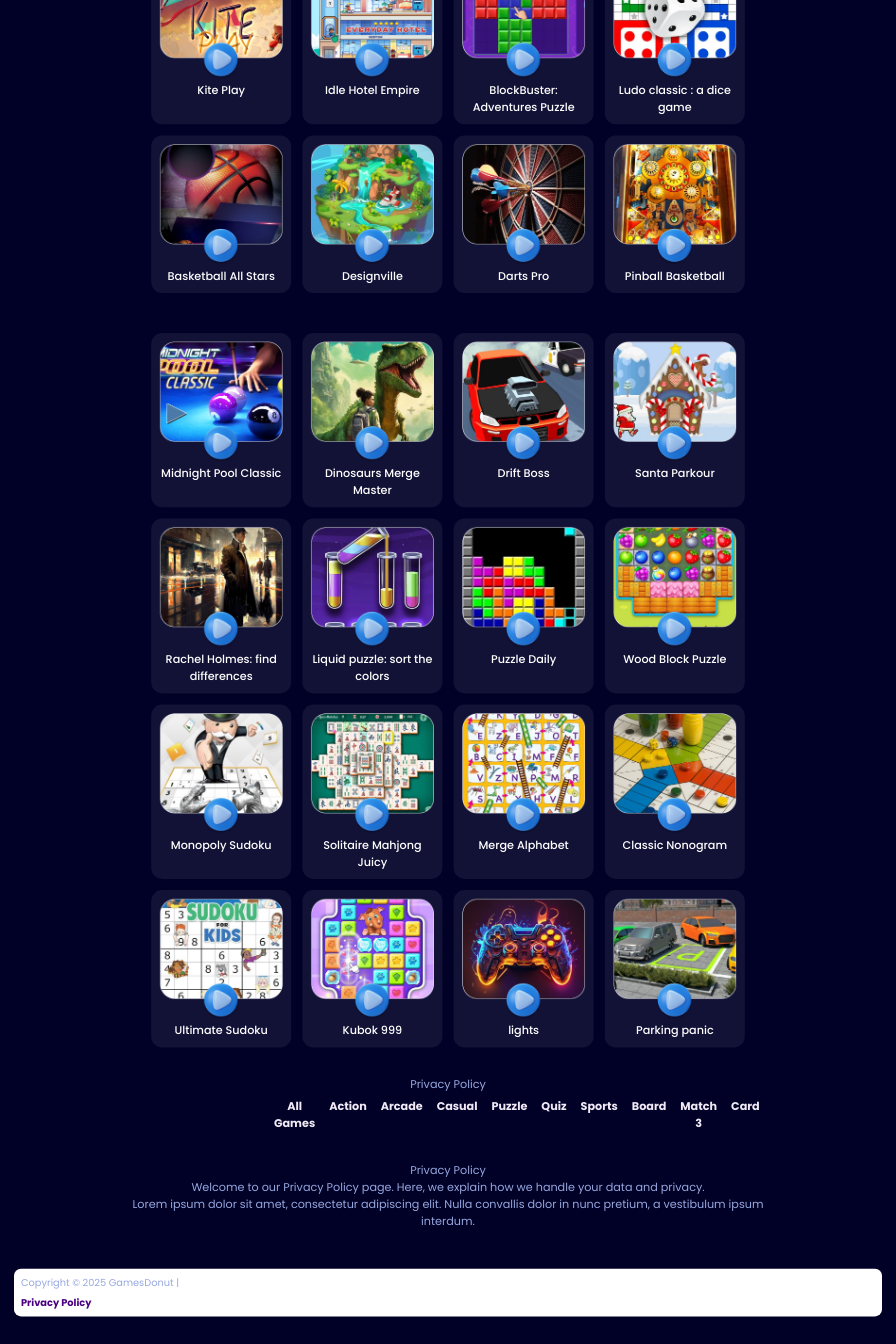
Repository: meenadabhii/jpygames.com
Page: http://localhost/
These files come from the project's save history. The page is drawn as it stood at one moment and after the next save; the edit follows.
The browser window is 1280 px wide. The pictures show the part of the page from y = 2392 to 4312 px (the page is 4312 px tall before and 4264 px after), at 70% of full size.
Some web libraries are served in a nearby version. The page is served by the project's Node server (app.js).

Above is the page before, as saved 2025-02-08 10:32:35.
Console error: ReferenceError: googletag is not defined

After the next save:
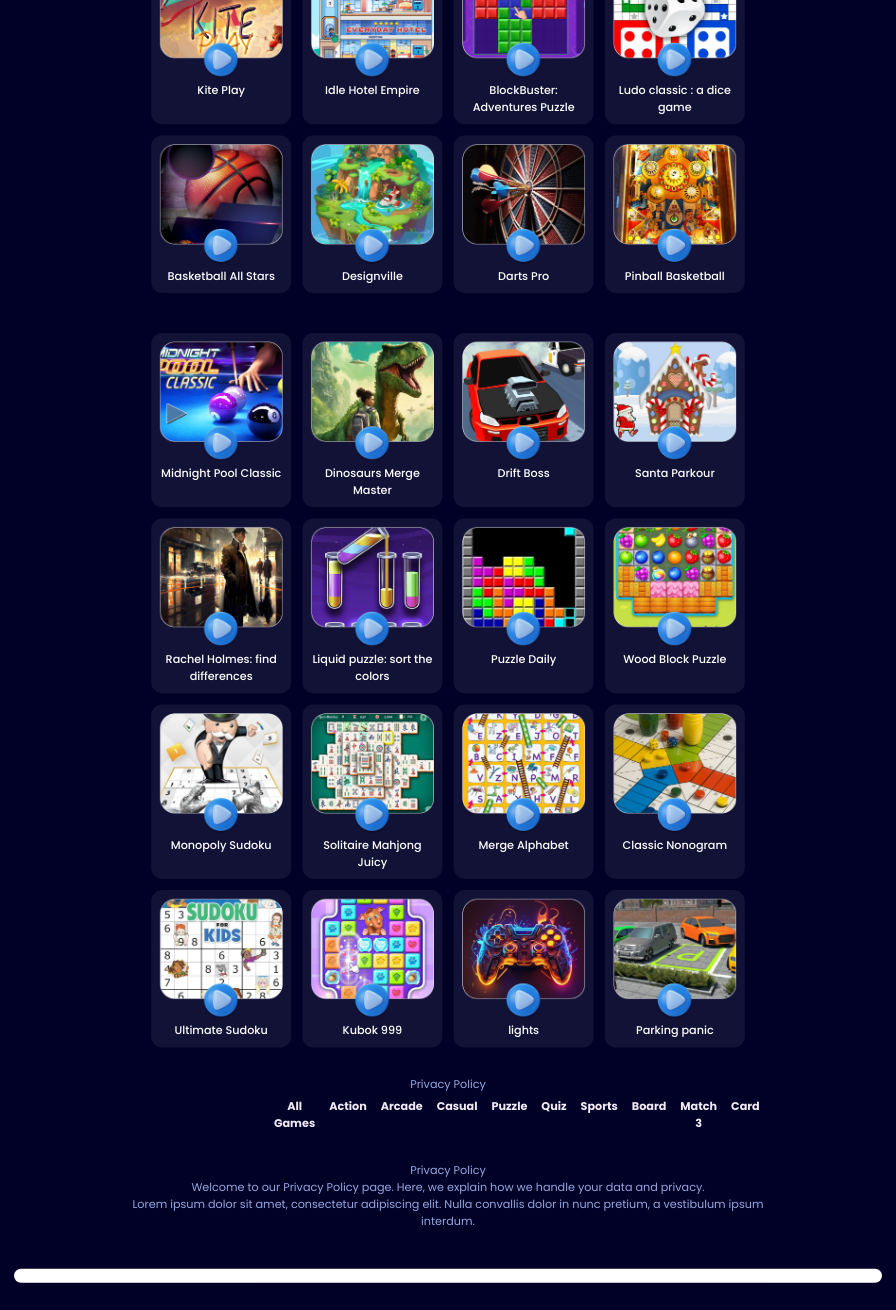
Saved 68 s later.
--- a/nodejs/views/footer.ejs
+++ b/nodejs/views/footer.ejs
@@ -80,7 +80,7 @@
     <div class="footer">
 
 
-        <p>Copyright &copy; 2025 GamesDonut | <a href="#">Privacy Policy</a></p>
+
     </div>
 </body>
 </div>

After the save that followed:
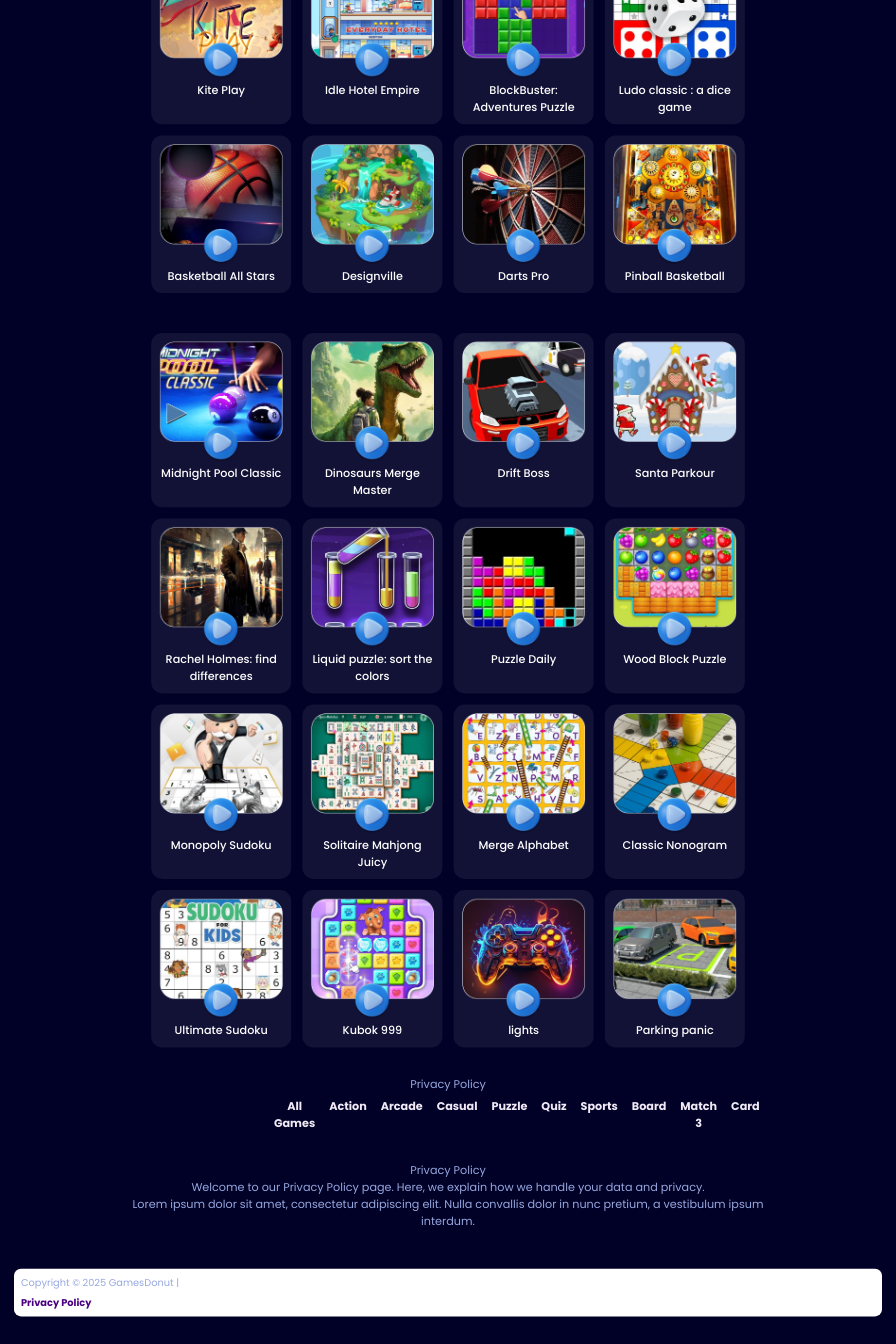
Saved 6 s later.
--- a/nodejs/views/footer.ejs
+++ b/nodejs/views/footer.ejs
@@ -80,7 +80,7 @@
     <div class="footer">
 
 
-
+        <p>Copyright &copy; 2025 GamesDonut | <a href="#">Privacy Policy</a></p>
     </div>
 </body>
 </div>
